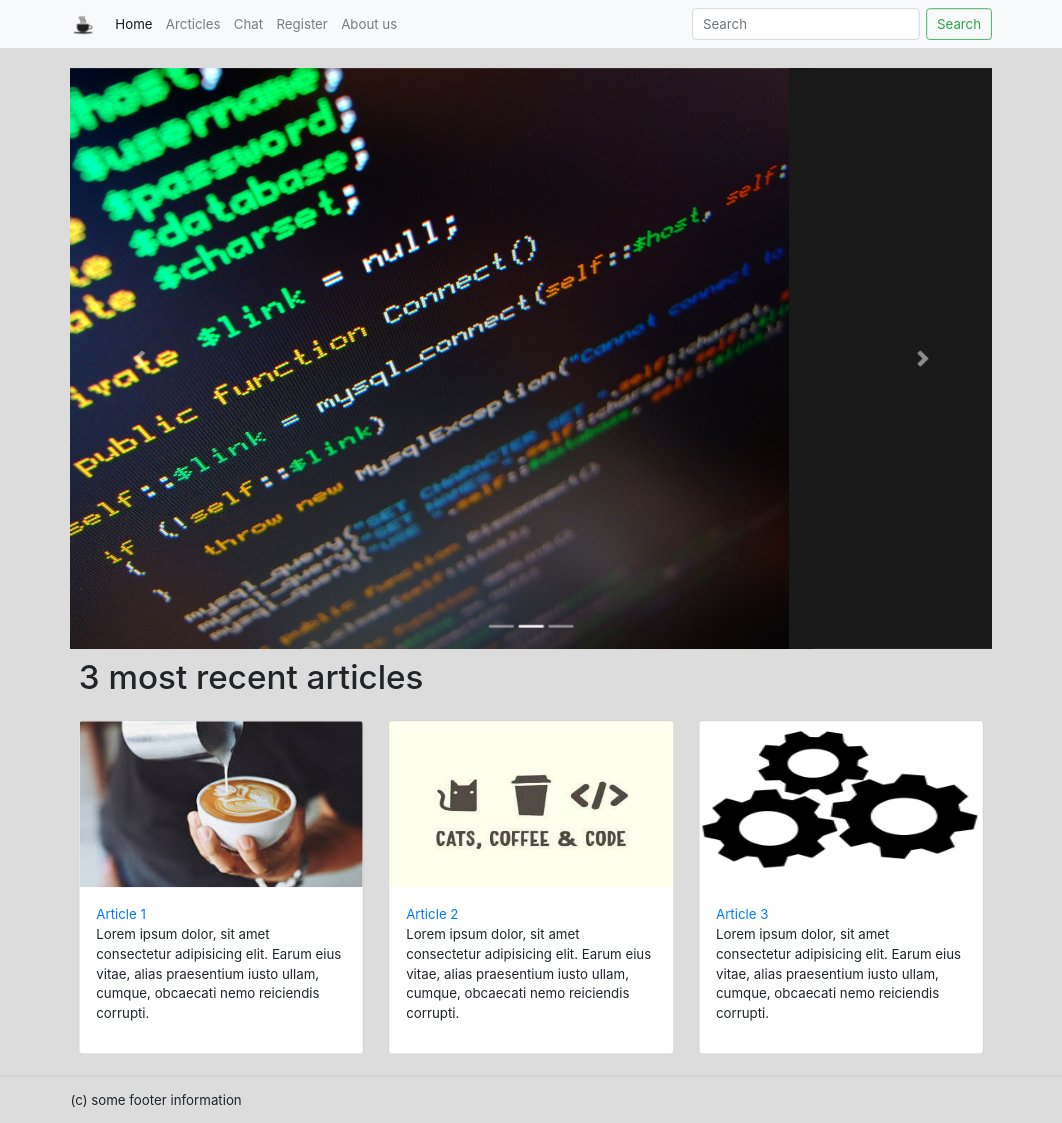
Repository: robertscirulis/galaDarbs
Page: index.html
These files come from the project's save history. The page is drawn as it stood at one moment and after the next save; the edit follows.
The browser window is 1280 px wide. The pictures show the whole page, at 83% of full size.

Above is the page before, as saved 2018-10-03 22:09:22.

After the next save:
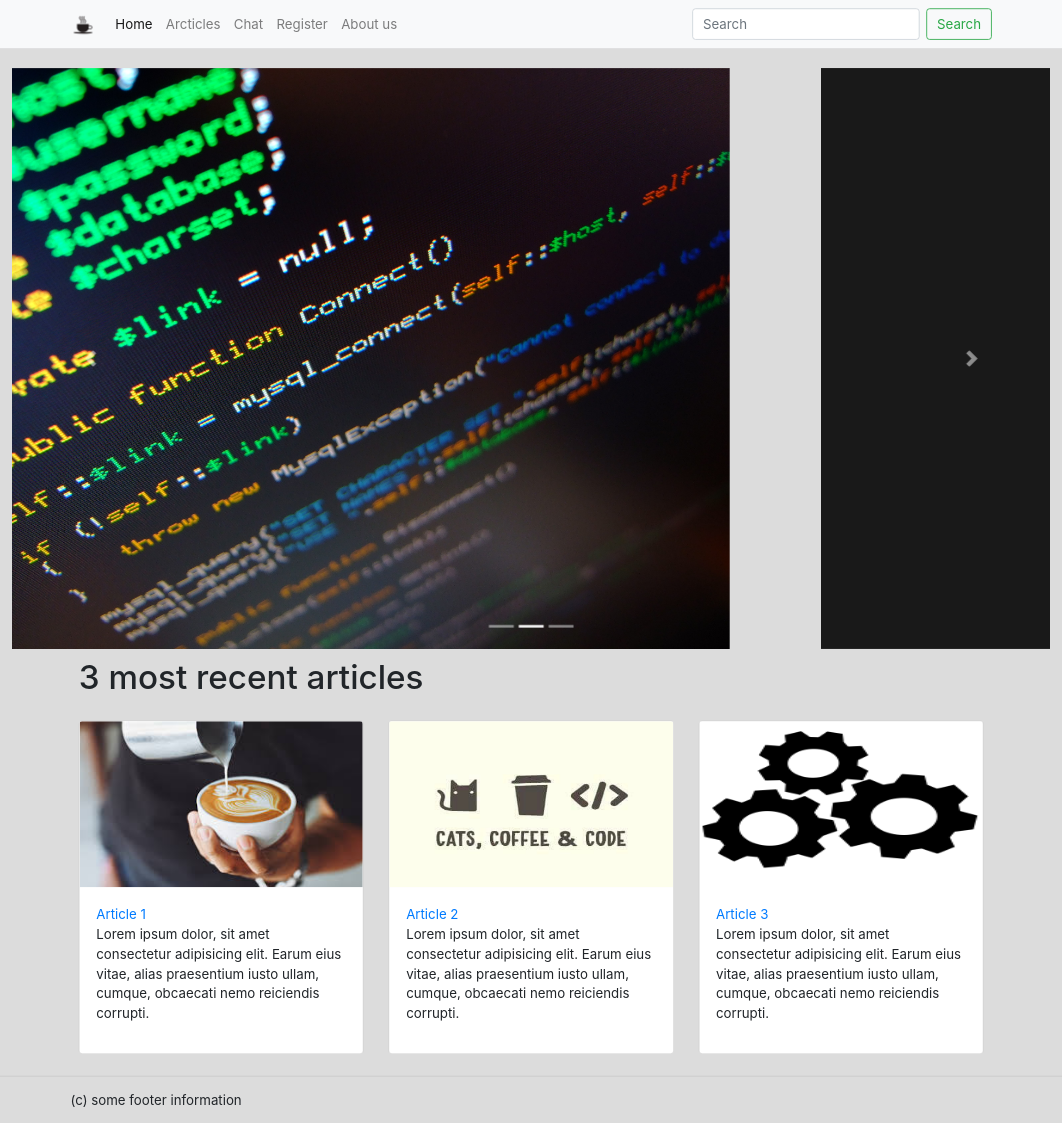
Saved 88 min 16 s later.
--- a/index.html
+++ b/index.html
@@ -55,7 +55,7 @@
     <br>
 
     <!-- Image carousel -->
-    <div class="container padding">
+    <div class="container-fluid padding">
         <div id="carouselExampleIndicators"  class="carousel slide" data-ride="carousel">
             <ol class="carousel-indicators">
                 <li data-target="#carouselExampleIndicators" data-slide-to="0" class="active"></li>

After the save that followed:
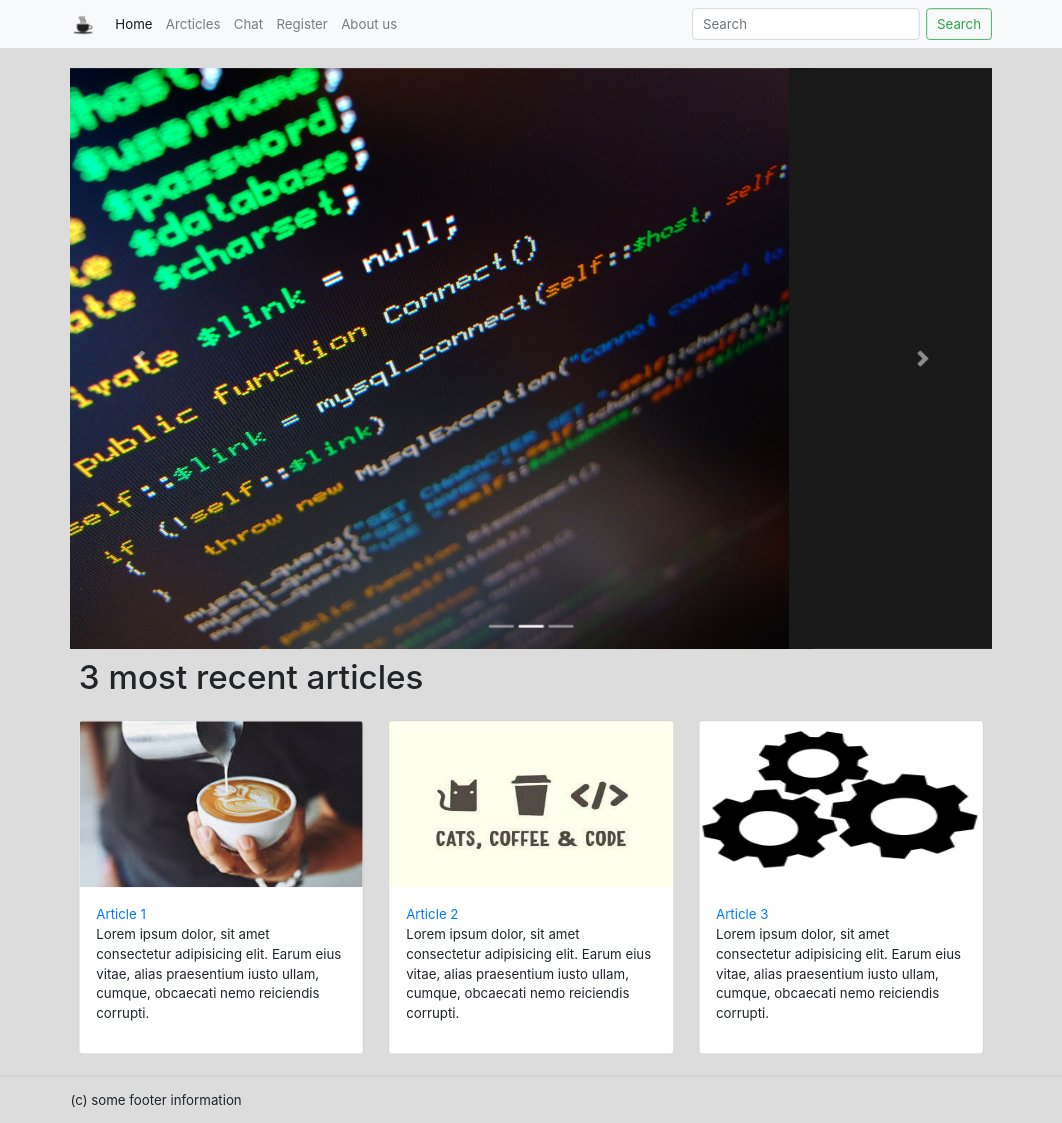
Saved 20 s later.
--- a/index.html
+++ b/index.html
@@ -55,7 +55,7 @@
     <br>
 
     <!-- Image carousel -->
-    <div class="container-fluid padding">
+    <div class="container padding">
         <div id="carouselExampleIndicators"  class="carousel slide" data-ride="carousel">
             <ol class="carousel-indicators">
                 <li data-target="#carouselExampleIndicators" data-slide-to="0" class="active"></li>
